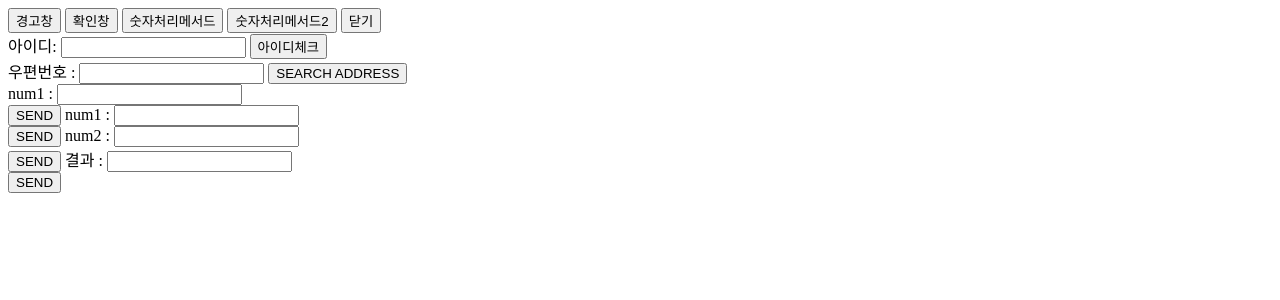
Repository: sonic247897/multicampus-web
Page: clientweb/WebContent/js_bom/js_window_test01.html
These files come from the project's save history. The page is drawn as it stood at one moment and after the next save; the edit follows.
The browser window is 1280 px wide. The pictures show the whole page.

Above is the page before, as saved 2020-01-09 00:23:45.

After the next save:
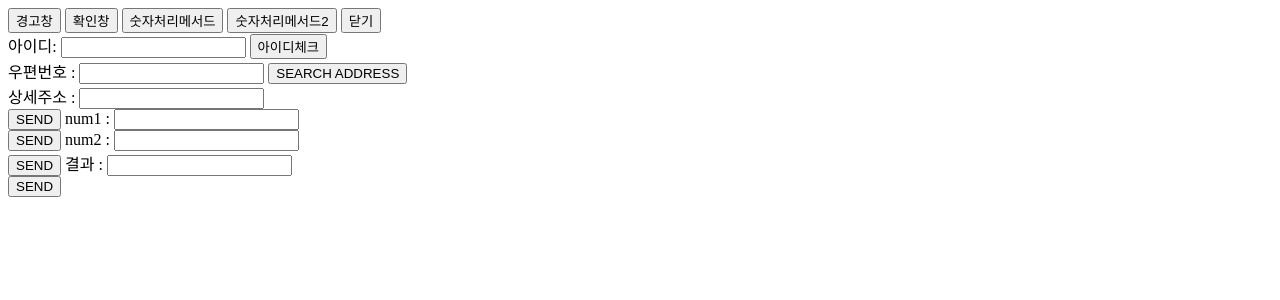
Saved 24 s later.
--- a/clientweb/WebContent/js_bom/js_window_test01.html
+++ b/clientweb/WebContent/js_bom/js_window_test01.html
@@ -55,13 +55,13 @@
 		<input type="button" value="SEARCH ADDRESS" onClick="searchAddress()">
 		<br>
 
-		num1 : <input type="text" name="address"><br>
+		상세주소 : <input type="text" name="address"><br>
 		<input type="submit" value="SEND">
-		num1 : <input type="text" name="address"><br>
+		num1 : <input type="text" name="num1"><br>
 		<input type="submit" value="SEND">
-		num2 : <input type="text" name="address"><br>
+		num2 : <input type="text" name="num2"><br>
 		<input type="submit" value="SEND">
-		결과 : <input type="text" name="address"><br>
+		결과 : <input type="text" name="result"><br>
 		<input type="submit" value="SEND">
 	</form>
 </body>
